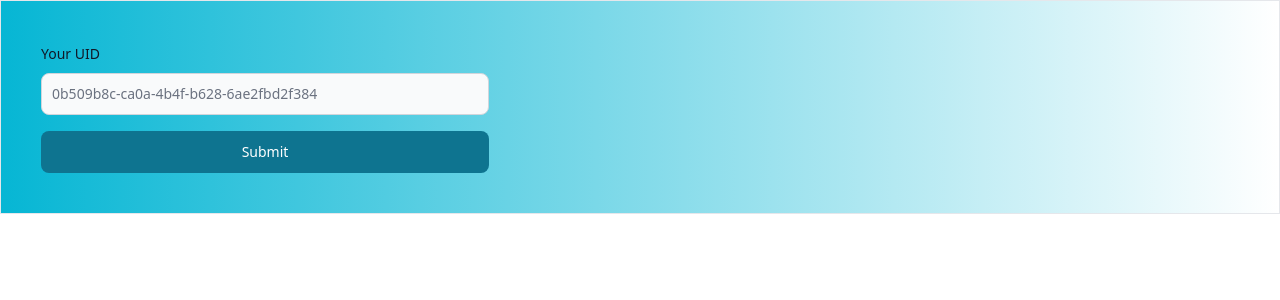
Repository: PrzemyslawJura/Frontend
Page: /
These files come from the project's save history. The page is drawn as it stood at one moment and after the next save; the edit follows.
The browser window is 1280 px wide. The pictures show the whole page.
The project was rebuilt for these pictures with package versions that can differ from the ones it lists, and the page was loaded fresh each time. Also part of the build but not shown: vite.config.ts.

Above is the page before, as saved 2024-07-24 11:39:24.

After the next save:
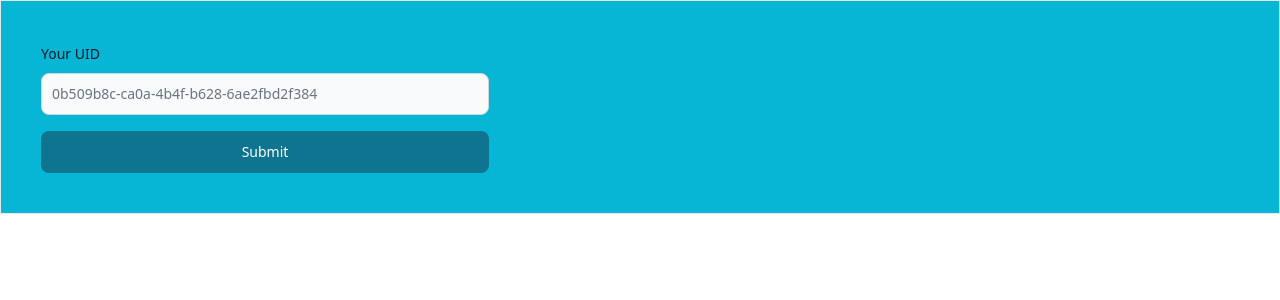
Saved 52 s later.
--- a/src/pages/Login/Login.tsx
+++ b/src/pages/Login/Login.tsx
@@ -5,7 +5,7 @@ function Login() {
   return (
     <>
         <div className="h-14 bg-gradient-to-r from-cyan-500 to-blue-300">
-            <div className="p-10 bg-slate-300 border">
+            <div className="p-10 bg-cyan-500 border">
                 <LoginForm/>
             </div>
         </div>
